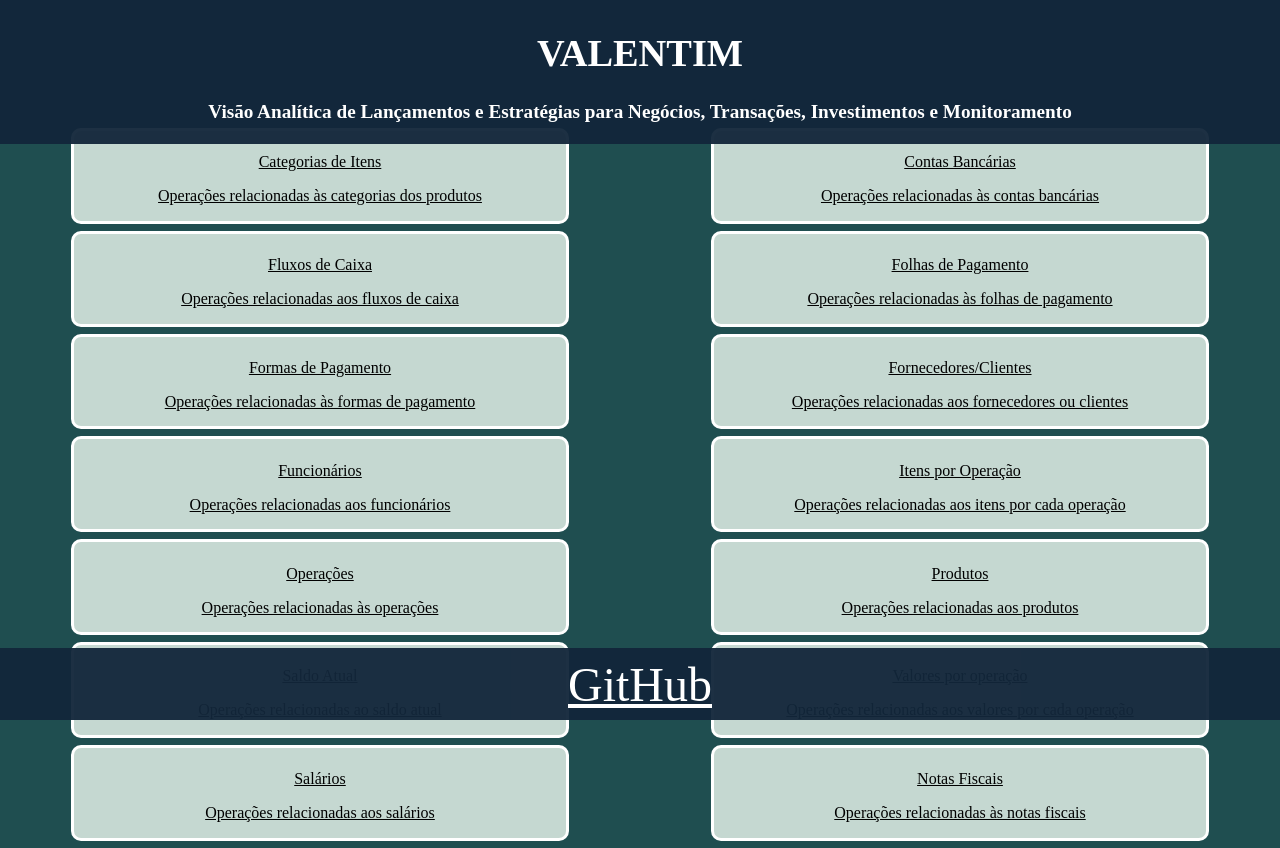
Repository: Matheus-Lacerda009/ERP-Financeiro
Page: Front/menu/menu.html
The author's editor kept a copy of each file at every save. The page is drawn from the files as they stood at one save, then again after the next save.
The browser window is 1280 px wide. The pictures show the whole page.

Above is the page before, as saved 2026-07-13 19:45:01.

### Front/menu/menu.html
<!DOCTYPE html>
<html lang="en">
<head>
    <meta charset="UTF-8">
    <meta name="viewport" content="wclassth=device-wclassth, initial-scale=1.0">
    <link rel="stylesheet" href="menu.css">
    <title>Menu</title>
</head>
<body>
    <header>
        <h1>VALENTIM</h1>
        <h2>Visão Analítica de Lançamentos e Estratégias para Negócios, Transações, Investimentos e Monitoramento</h2>
    </header>
    <main>
        <div class="container">
            <a href="../categoria_item/categoria_item.html" class="links">
                <div class="divEntidades">
                    <p>Categorias de Itens</p>
                    <p>Operações relacionadas às categorias dos produtos</p>
                </div>
            </a>
            <a href="../conta_bancaria/conta_bancaria.html" class="links">
            <div class="divEntidades">
                <p>Contas Bancárias</p>
                <p>Operações relacionadas às contas bancárias</p>
            </div>
            </a>
            <a href="../fluxo_caixa/fluxo_caixa.html" class="links">
            <div class="divEntidades">
                <p>Fluxos de Caixa</p>
                <p>Operações relacionadas aos fluxos de caixa</p>
            </div>
            </a>
            <a href="../folha_pagamento/folha_pagamento.html" class="links">
            <div class="divEntidades">
                <p>Folhas de Pagamento</p>
                <p>Operações relacionadas às folhas de pagamento</p>
            </div>
            </a>
            <a href="../forma_pagamento/forma_pagamento.html" class="links">
            <div class="divEntidades">
                <p>Formas de Pagamento</p>
                <p>Operações relacionadas às formas de pagamento</p>
            </div>
            </a>
            <a href="../fornecedor_cliente/fornecedor_cliente.html" class="links">
            <div class="divEntidades">
                <p>Fornecedores/Clientes</p>
                <p>Operações relacionadas aos fornecedores ou clientes</p>
            </div>
            </a>
            <a href="../funcionario/funcionario.html" class="links">
            <div class="divEntidades">
                <p>Funcionários</p>
                <p>Operações relacionadas aos funcionários</p>
            </div>
            </a>
            <a href="../itens_operacao/itens_operacao.html" class="links">
            <div class="divEntidades">
                <p>Itens por Operação</p>
                <p>Operações relacionadas aos itens por cada operação</p>
            </div>
            </a>
            <a href="../operacao/operacao.html" class="links">
            <div class="divEntidades">
                <p>Operações</p>
                <p>Operações relacionadas às operações</p>
            </div>
            </a>
            <a href="../produtos/produtos.html" class="links">
            <div class="divEntidades">
                <p>Produtos</p>
                <p>Operações relacionadas aos produtos</p>
            </div>
            </a>
            <a href="../saldoAtual/saldoAtual.html" class="links">
            <div class="divEntidades">
                <p>Saldo Atual</p>
                <p>Operações relacionadas ao saldo atual</p>
            </div>
            </a>
            <a href="../valor_pVenda/valor_pVenda.html" class="links">
            <div class="divEntidades">
                <p>Valores por operação</p>
                <p>Operações relacionadas aos valores por cada operação</p>
            </div>
            </a>
            <a href="../valor_salario/valor_salario.html" class="links">
            <div class="divEntidades">
                <p>Salários</p>
                <p>Operações relacionadas aos salários</p>
            </div>
            </a>
            <a href="../notaFiscal/nota_fiscal.html" class="links">
            <div class="divEntidades">
                <p>Notas Fiscais</p>
                <p>Operações relacionadas às notas fiscais</p>
            </div>
            </a>
        </div>
    </main>
    <footer>
        <a href="https://github.com/Matheus-Lacerda009/ERP-Financeiro.git" id="github">GitHub</a>
    </footer>
</body>
</html>

### Front/menu/menu.css
header{
    position: fixed;
    top: 0;
    left: 0;
    width: 100%;
    height: 20%;
    background-color: #12263af3;
    z-index: 1;
    text-align: center;
    align-content: center;
}

footer{
    position: fixed;
    bottom: 0;
    left: 0;
    width: 100%;
    height: 10%;
    background-color: #12263af3;
    text-align: center;
    align-content: center;
}

#github{
    color: white;
    font-size: 300%;
    text-decoration-color: white;
}

header, h1{
    font-size: 300%;
    color: white;
    font-size: 3vw;
}

header, h2{
    color: white;
    font-size: 1.5vw;
}

body{
    margin: 0;
    padding: 0;
    background-color: #1f4e50;
}

.container{
    height: 100vh;
    width: 100%;
    margin-top: 10%;
    box-sizing: border-box;
    display: grid;
    grid-template-columns: repeat(2, 7fr);
    align-content: start;
}

.divEntidades{
    height: 75%;
    width: 75%;
    text-align: center;
    padding: 1%;
    margin: auto;
    background-color: #C5D8D1;
    border: 3px solid white;
    border-radius: 10px;
    color: black;
    transition: .5s;
}

a{
    text-decoration-color: black;
    transition: .5s;
}

a:hover{
    text-decoration-color: white;
}

.divEntidades:hover{
    background-color: #2f7a7c;
    color: white;
}

.links{
    color: black;
}

After the next save:
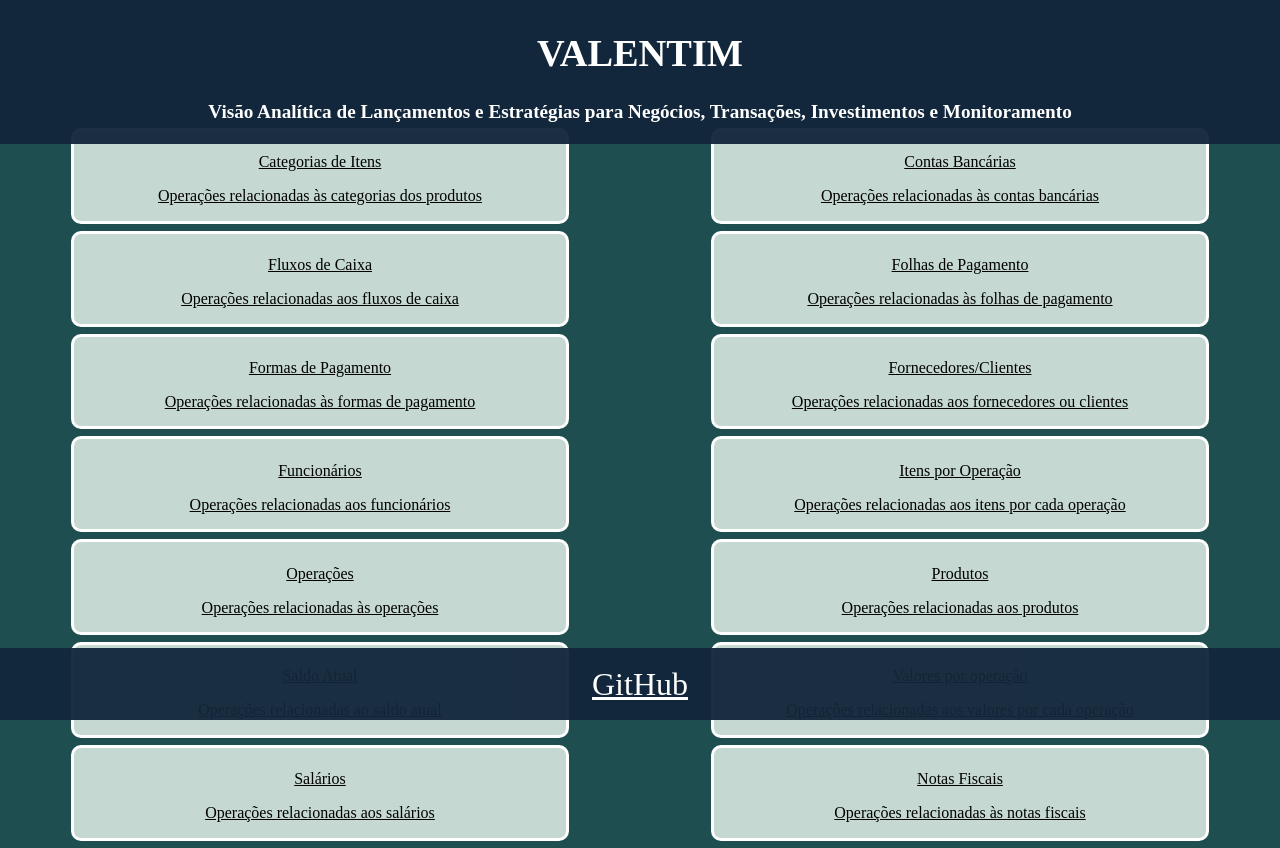
Saved 91 s later.
--- a/Front/menu/menu.css
+++ b/Front/menu/menu.css
@@ -23,7 +23,7 @@ footer{
 
 #github{
     color: white;
-    font-size: 300%;
+    font-size: 200%;
     text-decoration-color: white;
 }
 
